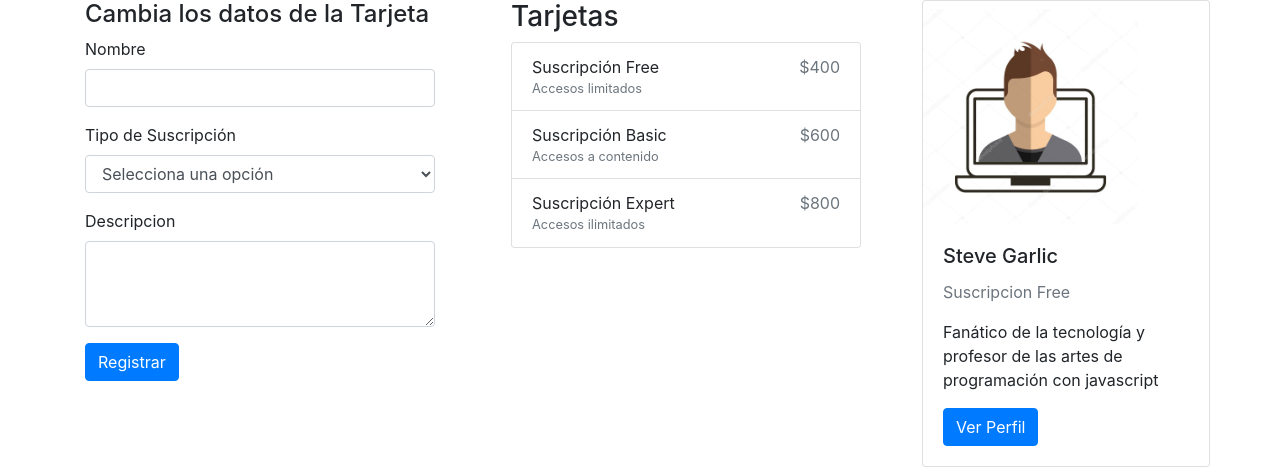
Repository: pedro-donoso/manipulacion-dom
Page: index.html
An editor plug-in stored every save of this project. The page is shown before and after a run of saves, followed by the edit.
The browser window is 1280 px wide. The pictures show the part of the page from y = 602 to 1069 px (the page is 1069 px tall).

Above is the page before, as saved 2024-02-06 14:37:52.

After the next 2 saves:
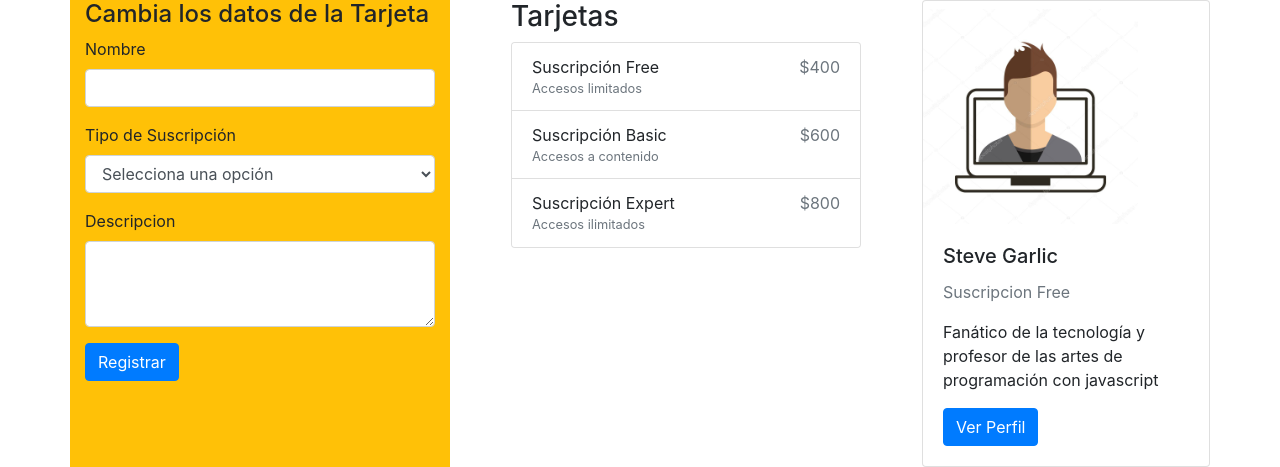
The 2 saves are shown as one change because they came seconds apart.
The last was saved 9 s later.
--- a/index.html
+++ b/index.html
@@ -31,7 +31,7 @@
             </div>
         </div>
         <div class="row justify-content-between">
-            <div class="col-4 col-md-4">
+            <div class="col-4 col-md-4 bg-warning">
                 <h4>Cambia los datos de la Tarjeta</h4>
                 <!-- 15- AGREGO id PARA ESCUCHAR EVENTO CLICK -->
                 <form id="formulario">
